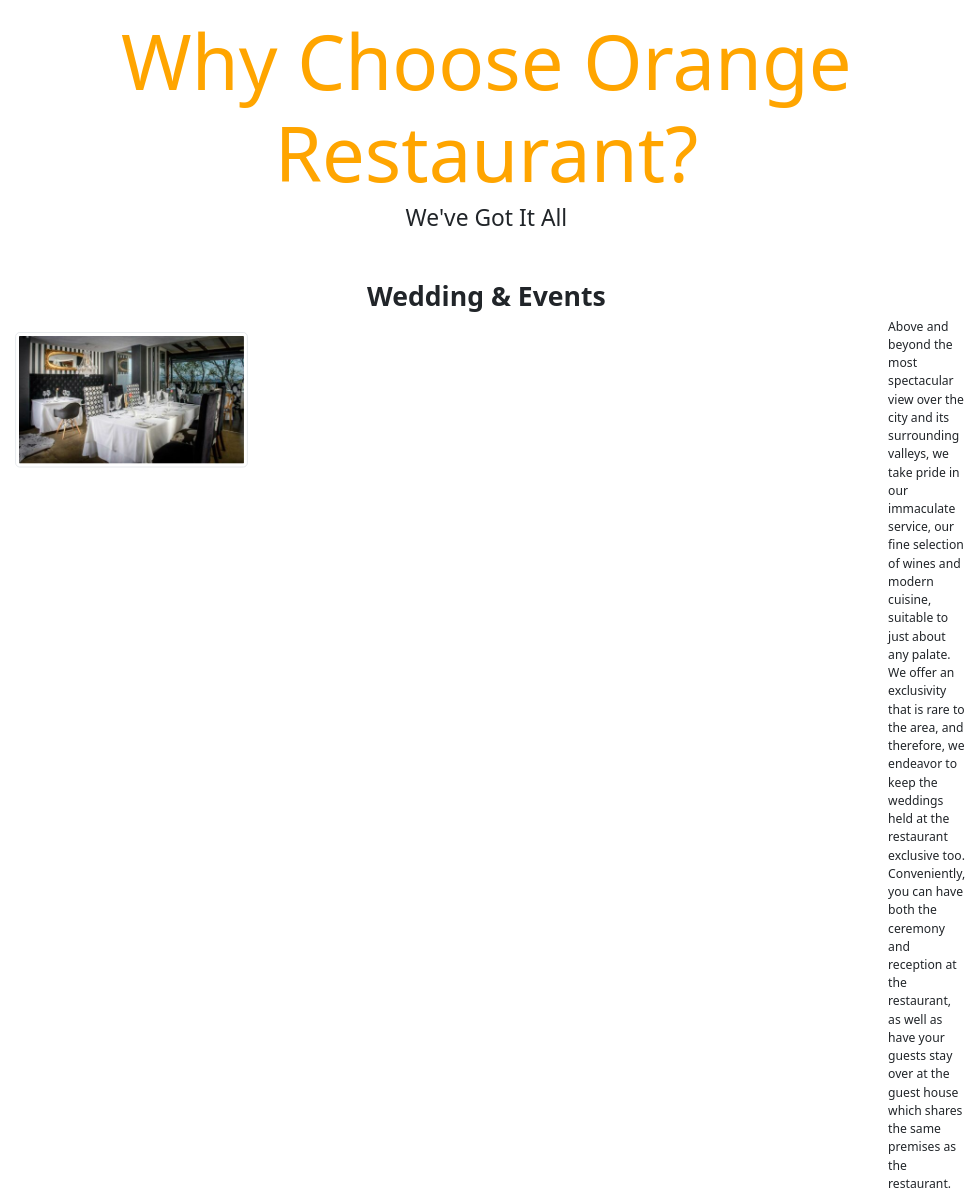
Repository: KaraboM20/KaraboUpdatedProjectOrang-Rest
Page: services.html
These files come from the project's save history. The page is drawn as it stood at one moment and after a run of saves; the edit follows.
The browser window is 1280 px wide. The pictures show the whole page, at 76% of full size.

Above is the page before, as saved 2024-11-23 20:35:58.

After the next 2 saves:
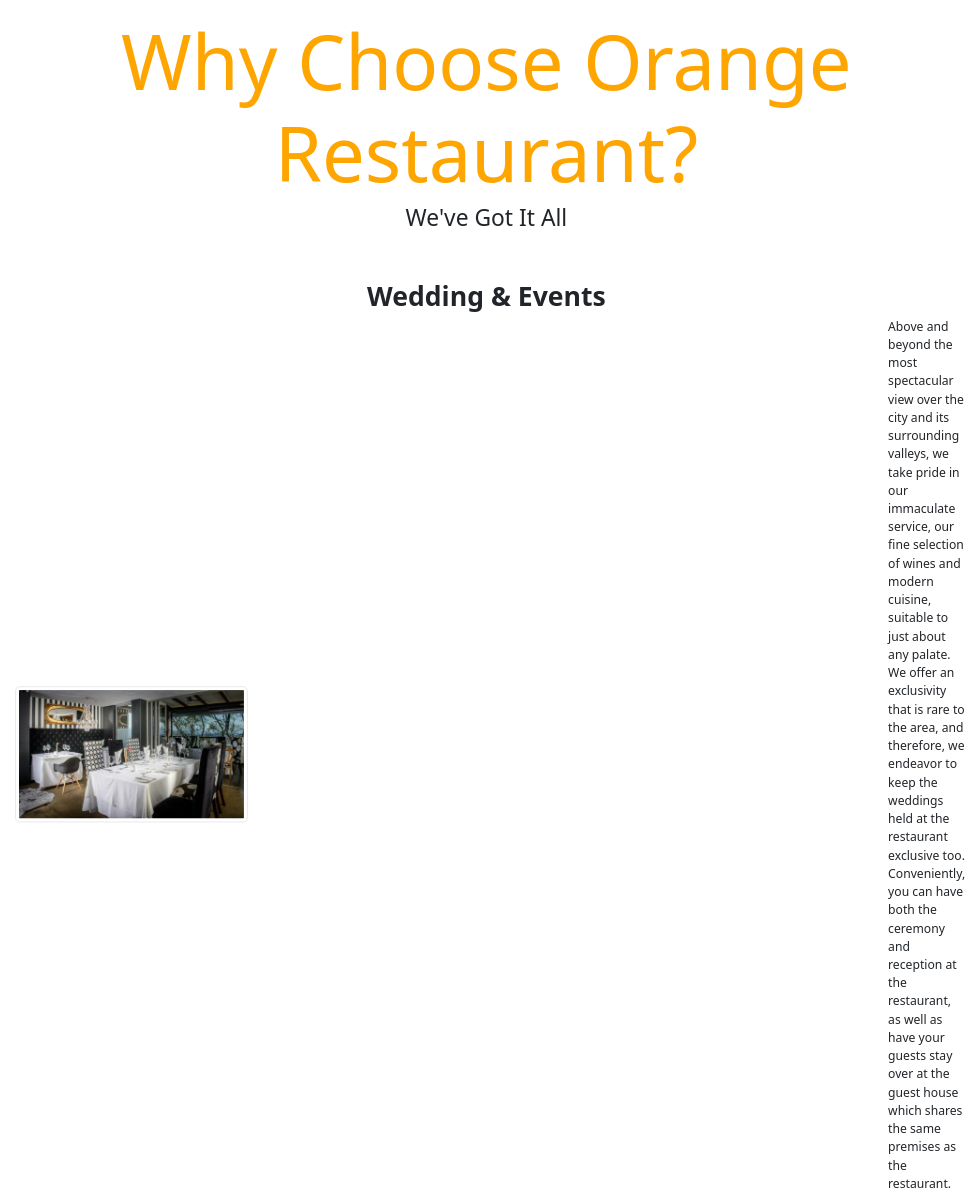
The 2 saves are shown as one change because they came seconds apart.
The last was saved 5 s later.
--- a/style.css
+++ b/style.css
@@ -318,7 +318,7 @@
 
 .wed-img {
     width: 500000px;
-    ma
+    margin: auto;
 }
 
 .wed-info2 {

After the save that followed:
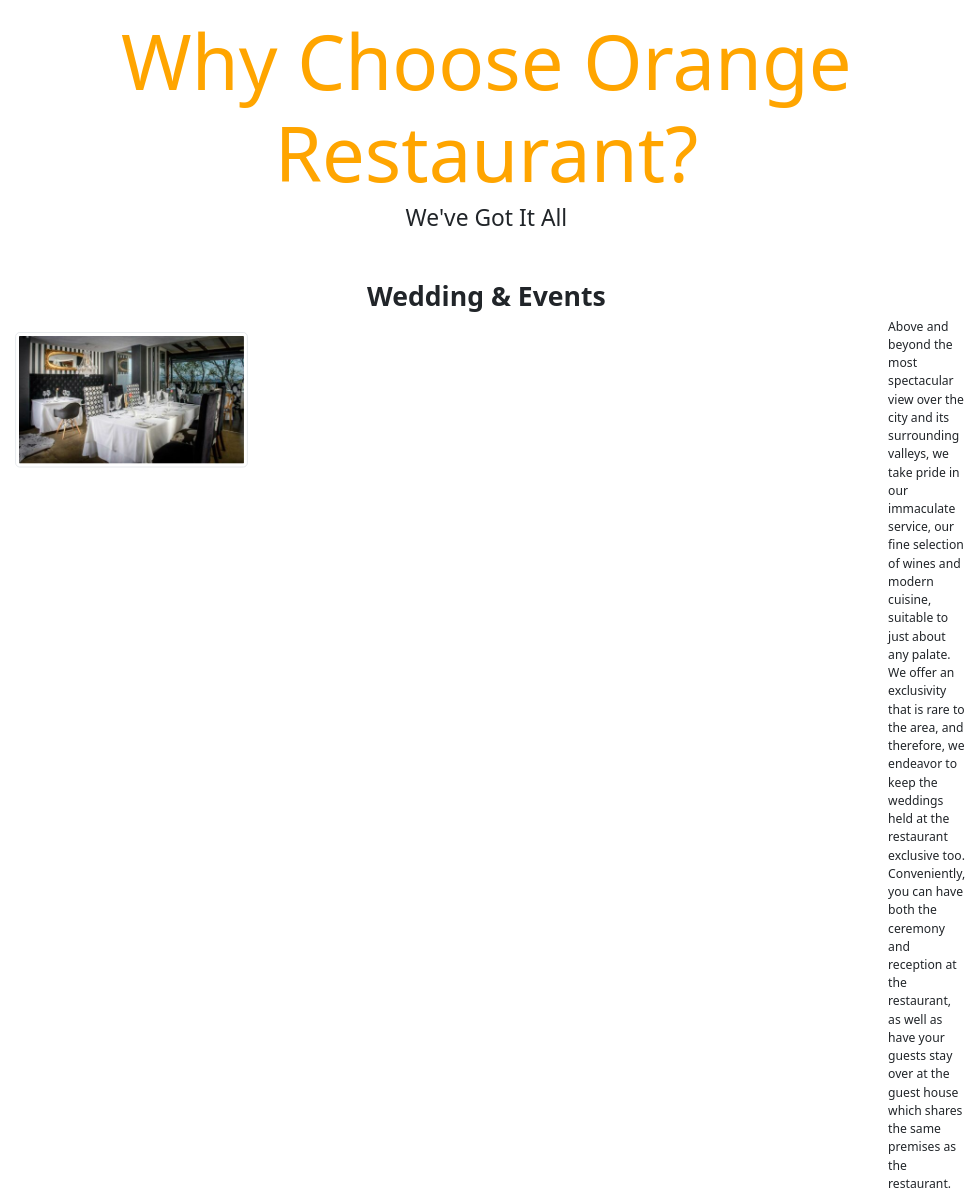
Saved 9 s later.
--- a/style.css
+++ b/style.css
@@ -318,7 +318,7 @@
 
 .wed-img {
     width: 500000px;
-    margin: auto;
+    margin: 0;
 }
 
 .wed-info2 {
